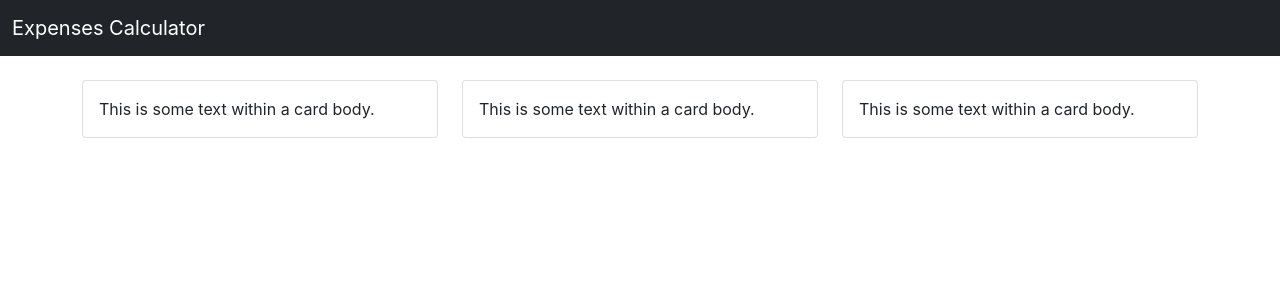
Repository: eidankhan/expenses-calculator
Page: /
The author's editor kept a copy of each file at every save. The page is drawn from the files as they stood at one save, then again after the next save.
The browser window is 1280 px wide. The pictures show the whole page.
The project was rebuilt for these pictures with package versions that can differ from the ones it lists, and the page was loaded fresh each time. Also part of the build but not shown: src/components/SaveIncome.js.

Above is the page before, as saved 2021-11-29 16:53:24.

### public/index.html
<!DOCTYPE html>
<html lang="en">
  <head>
    <meta charset="utf-8" />
    <link rel="icon" href="%PUBLIC_URL%/favicon.ico" />
    <meta name="viewport" content="width=device-width, initial-scale=1" />
    <meta name="theme-color" content="#000000" />
    <meta
      name="description"
      content="Web site created using create-react-app"
    />
    <link rel="apple-touch-icon" href="%PUBLIC_URL%/logo192.png" />
    <link rel="manifest" href="%PUBLIC_URL%/manifest.json" />
    <!-- CSS only -->
    <link
      href="https://cdn.jsdelivr.net/npm/bootstrap@5.1.3/dist/css/bootstrap.min.css"
      rel="stylesheet"
      integrity="sha384-1BmE4kWBq78iYhFldvKuhfTAU6auU8tT94WrHftjDbrCEXSU1oBoqyl2QvZ6jIW3"
      crossorigin="anonymous"
    />
    <title>Shopping Cart App</title>
  </head>
  <body>
    <noscript>You need to enable JavaScript to run this app.</noscript>
    <div id="root"></div>
    <!-- JavaScript Bundle with Popper -->
    <script
      src="https://cdn.jsdelivr.net/npm/bootstrap@5.1.3/dist/js/bootstrap.bundle.min.js"
      integrity="sha384-ka7Sk0Gln4gmtz2MlQnikT1wXgYsOg+OMhuP+IlRH9sENBO0LRn5q+8nbTov4+1p"
      crossorigin="anonymous"
    ></script>
  </body>
</html>

### src/App.js
// import {
//   BrowserRouter as Router,
//   Routes,
//   Route,
// } from "react-router-dom";

import { IncomeSummary } from "./components/IncomeSummary";
import { Navbar } from "./components/Navbar";
import { SaveIncome } from "./components/SaveIncome";

function App() {
  return (
    <>
      <Navbar />
      <div className="container my-3">
        {/* <SaveIncome/> */}
        <IncomeSummary/>
      </div>
    </>
  );
}

export default App;

### src/components/IncomeSummary.js
import React, { useEffect, useState } from "react";

export const IncomeSummary = () => {
  const [income, setIncome] = useState([]);

  useEffect(() => {
    setIncome([
      {
        date: "11/01/2021",
        amount: 55000,
        payer: "Employer",
        description: "Salary received for the month of November",
      },
      {
        date: "10/01/2021",
        amount: 55000,
        payer: "Employer",
        description: "Salary received for the month of October",
      },
      {
        date: "10/01/2021",
        amount: 20000,
        payer: "Fiver",
        description: "Payment received from fiver client",
      },
    ]);
  }, []);

  return (
    <div className="my-3">
      <div className="row">
        <div className="col-md-4 my-2">
          <div className="card">
            <div className="card-body">
              This is some text within a card body.
            </div>
          </div>
        </div>
        <div className="col-md-4 my-2">
          <div className="card">
            <div className="card-body">
              This is some text within a card body.
            </div>
          </div>
        </div>
        <div className="col-md-4 my-2">
          <div className="card">
            <div className="card-body">
              This is some text within a card body.
            </div>
          </div>
        </div>
      </div>
    </div>
  );
};

### src/components/Navbar.js
import React from "react";

export const Navbar = () => {
  return (
    <nav className="navbar navbar-dark bg-dark">
      <div className="container-fluid">
        <a className="navbar-brand" href="/" > Expenses Calculator</a>

        {/* <form className="d-flex">
          <input
            className="form-control me-2"
            type="search"
            placeholder="Search"
            aria-label="Search"
          />
          <button className="btn btn-outline-success" type="submit">
            Search
          </button>
        </form> */}

      </div>
    </nav>
  );
};

Loaded but not shown: src/index.js (common file); src/index.css (common file)

After the next save:
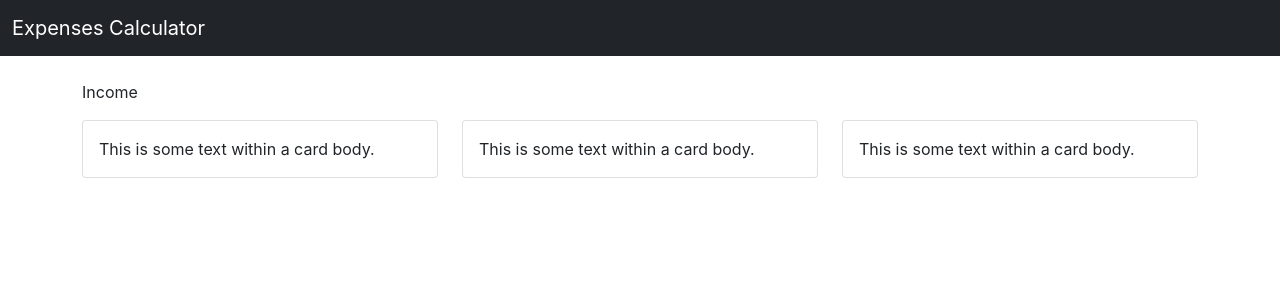
Saved 81 s later.
--- a/src/components/IncomeSummary.js
+++ b/src/components/IncomeSummary.js
@@ -29,6 +29,9 @@ export const IncomeSummary = () => {
   return (
     <div className="my-3">
       <div className="row">
+        <div className="col-md-4 my-2"> Income</div>
+      </div>
+      <div className="row">
         <div className="col-md-4 my-2">
           <div className="card">
             <div className="card-body">
